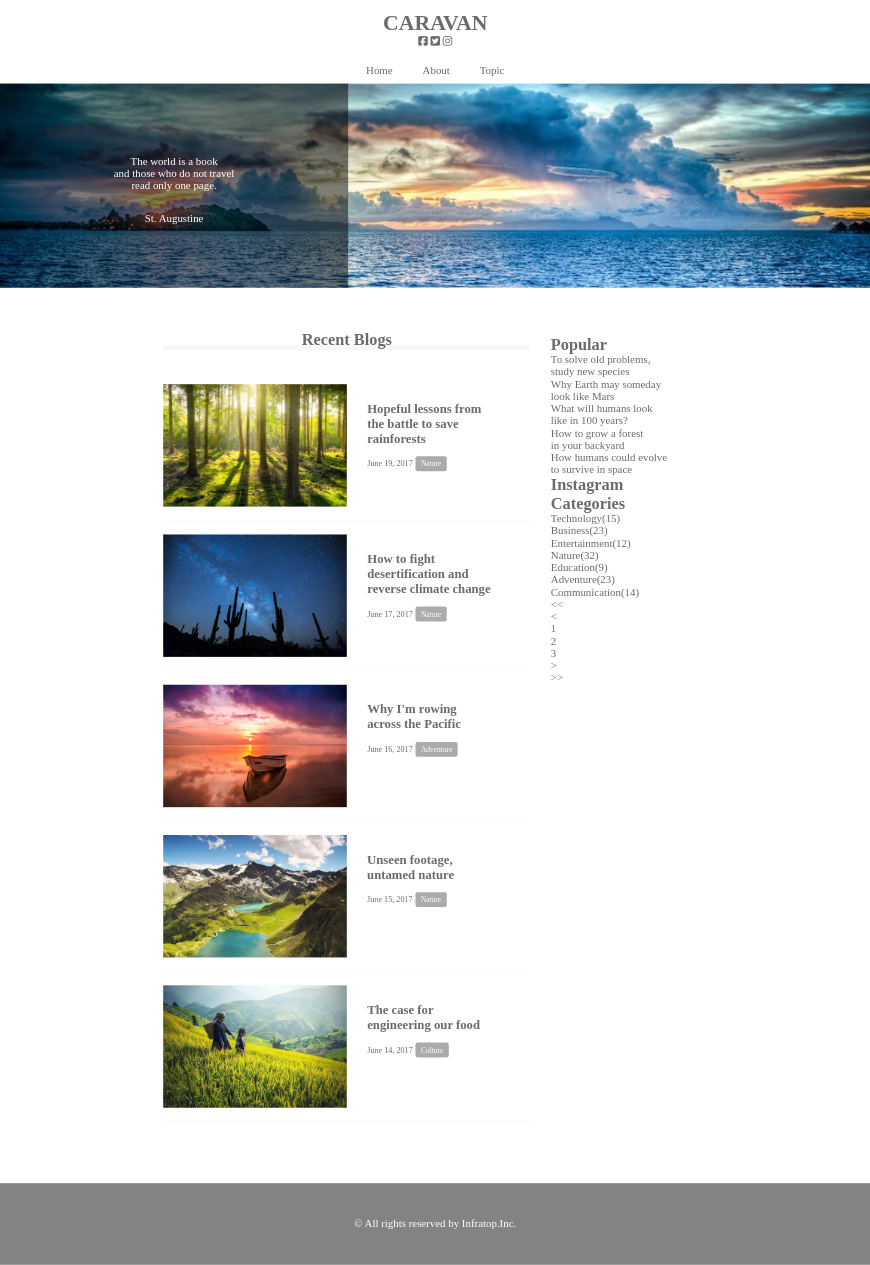
Repository: Hirotaka-DWC/dmm_webcamp_task_1
Page: caravan/index.html
The author's editor kept a record of every edit. The page is drawn from the files as they stood at one moment, then again after the next edit.
The browser window is 1280 px wide. The pictures show the whole page, at 68% of full size.
Some web libraries are served in a nearby version.

Above is the page before.

After the next edit:
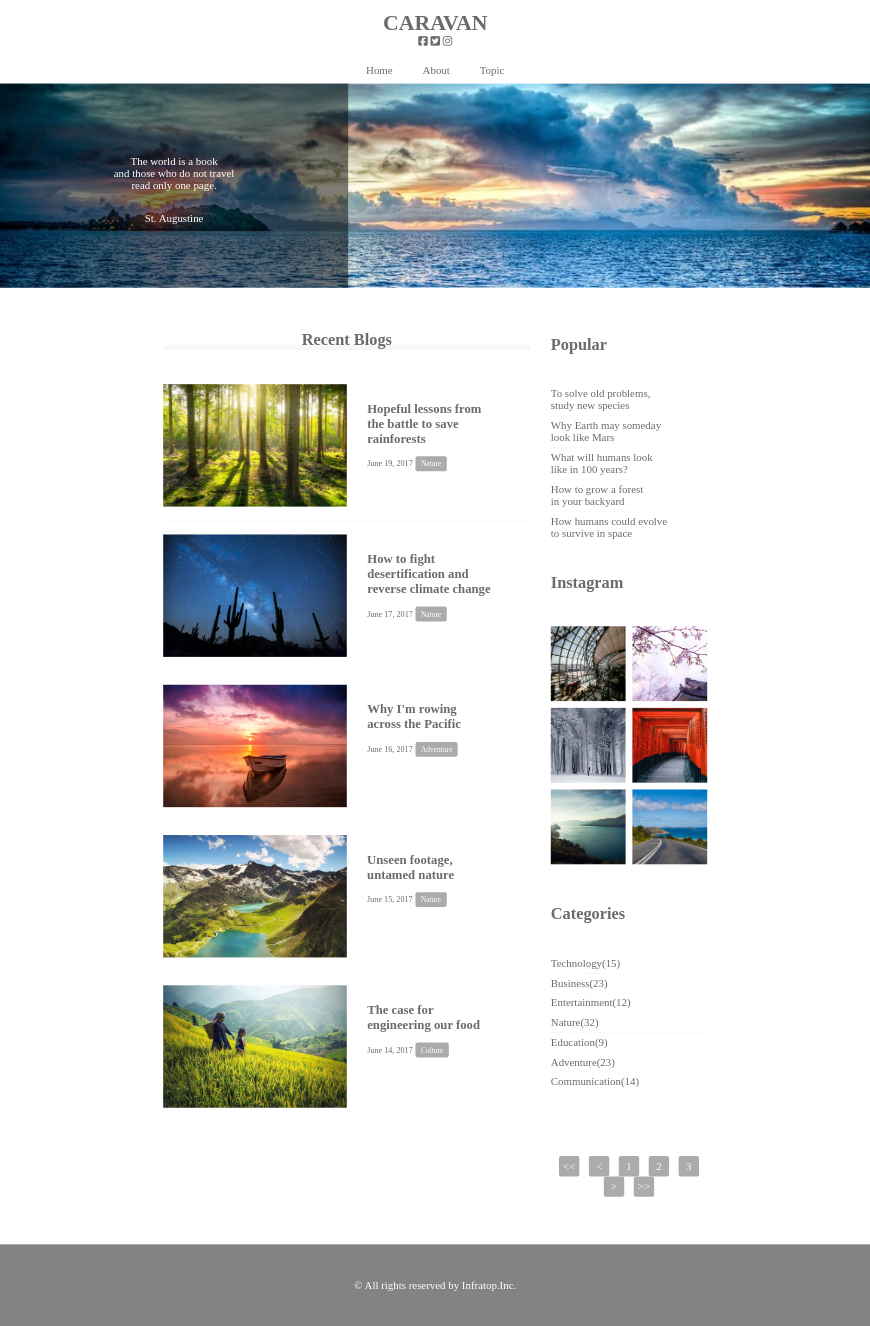
The edit:
--- a/caravan/style.css
+++ b/caravan/style.css
@@ -119,6 +119,87 @@
   width: 230px;
 }
 
+common-heading {
+  border-bottom: 8px solid #f7f7f7;
+  text-align: center;
+  line-height: 0.6;
+}
+
+.sidebar-contents {
+  padding: 50px 0;
+}
+
+.popular-text,
+.categories-text {
+  padding-bottom: 5px;
+  border-bottom: 1px solid #f7f7f7;
+  margin-bottom: 5px;
+}
+
+.popular-text:last-child,
+.categories-text:last-child {
+  margin: 0;
+  padding: 0;
+  border: none;
+}
+
+.instagram .sidebar-contents {
+  display: flex;
+  flex-wrap: wrap;
+}
+
+.instagram-box {
+  width: 110px;
+  padding-top: 110px;
+  background-size: cover;
+  background-position: center;
+  margin-bottom: 10px;
+}
+
+.instagram-box:nth-child(odd) {
+  margin: 0 10px 10px 0;
+}
+
+.instagram-box:nth-child(1) {
+  background-image: url(img/airport.jpg);
+}
+
+.instagram-box:nth-child(2) {
+  background-image: url(img/japan.jpg);
+}
+
+.instagram-box:nth-child(3) {
+  background-image: url(img/snow.jpg);
+}
+
+.instagram-box:nth-child(4) {
+  background-image: url(img/japan2.jpg);
+}
+
+.instagram-box:nth-child(5) {
+  background-image: url(img/lake.jpg);
+}
+
+.instagram-box:nth-child(6) {
+  background-image: url(img/road.jpg);
+}
+
+.pagination {
+  text-align: center;
+  padding-top: 50px;
+}
+
+.pagination p {
+  display: inline-block;
+  width: 30px;
+  height: 30px;
+  margin: 0 5px;
+  color: #fff;
+  background-color: #acabab;
+  border-radius: 3px;
+  line-height: 30px;
+}
+
 footer {
   width: 100%;
   height: 120px;
